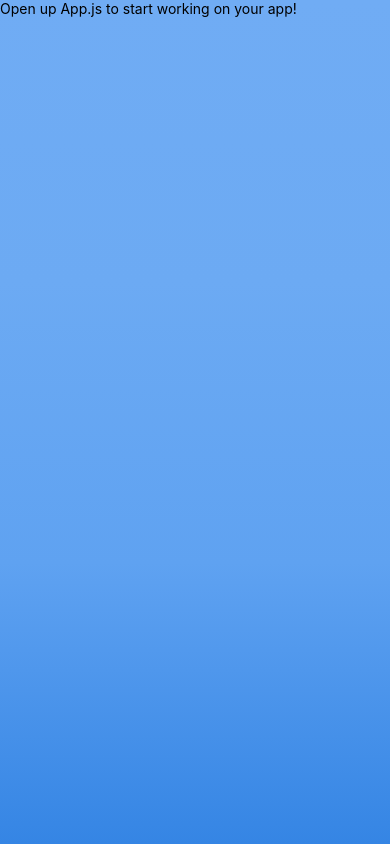
Repository: kamarajcalm/loginpage
Screen: /
The author's editor kept a copy of each file at every save. The screen is drawn from the files as they stood at one save, then again after the next save.
The app was drawn by React Native's web renderer in a window 390 px wide. The project was rebuilt for these pictures with package versions that can differ from the ones it lists, and the page was loaded fresh each time.

Above is the screen before, as saved 2021-12-25 23:40:32.

### App.js
import { StatusBar } from 'expo-status-bar';
import { StyleSheet, Text, View } from 'react-native';
import { LinearGradient } from 'expo-linear-gradient';
export default function App() {
  return (
    <LinearGradient style={styles.container}
      colors={["#70ACF4", '#6CAAF3', "#5FA2F1", "#3585E4",]}
    >
      <Text>Open up App.js to start working on your app!</Text>
      <StatusBar style="auto" />
    </LinearGradient>
  );
}

const styles = StyleSheet.create({
  container: {
    flex: 1,

  },
});

After the next save:
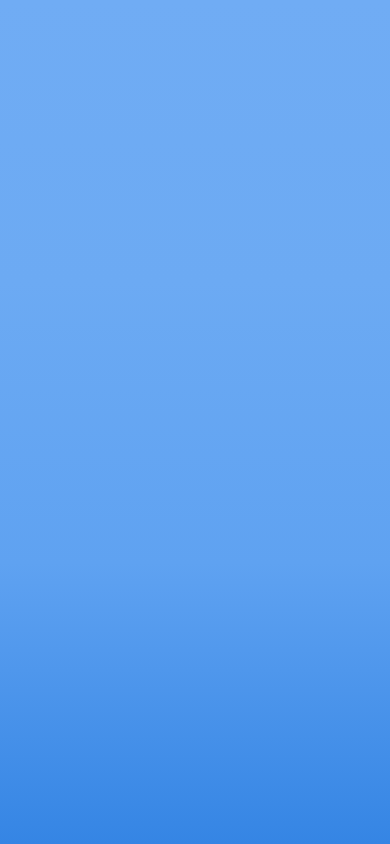
Saved 15 s later.
--- a/App.js
+++ b/App.js
@@ -6,7 +6,7 @@ export default function App() {
     <LinearGradient style={styles.container}
       colors={["#70ACF4", '#6CAAF3', "#5FA2F1", "#3585E4",]}
     >
-      <Text>Open up App.js to start working on your app!</Text>
+
       <StatusBar style="auto" />
     </LinearGradient>
   );
